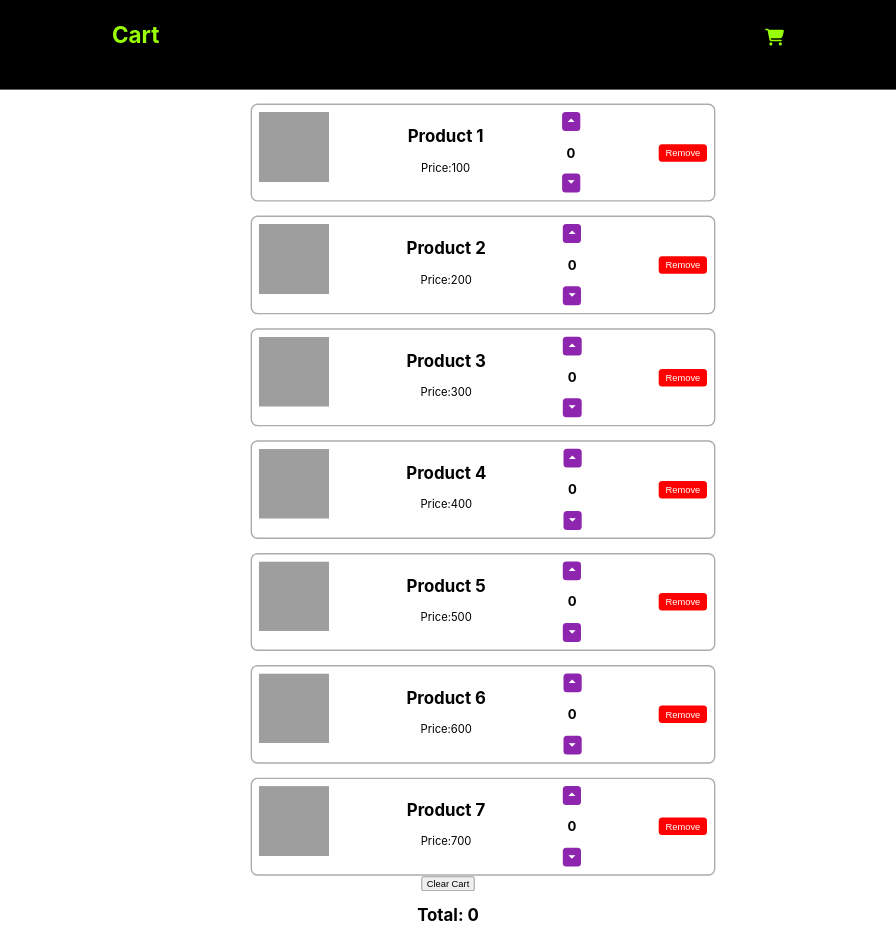
Repository: sriram1224/Cart-react-app
Page: /
The author's editor kept a copy of each file at every save. The page is drawn from the files as they stood at one save, then again after the next save.
The browser window is 1280 px wide. The pictures show the whole page, at 70% of full size.
Pictures or frames that could not be fetched are drawn as grey boxes. The project was rebuilt for these pictures with package versions that can differ from the ones it lists, and the page was loaded fresh each time.

Above is the page before, as saved 2024-03-12 22:28:36.

After the next save:
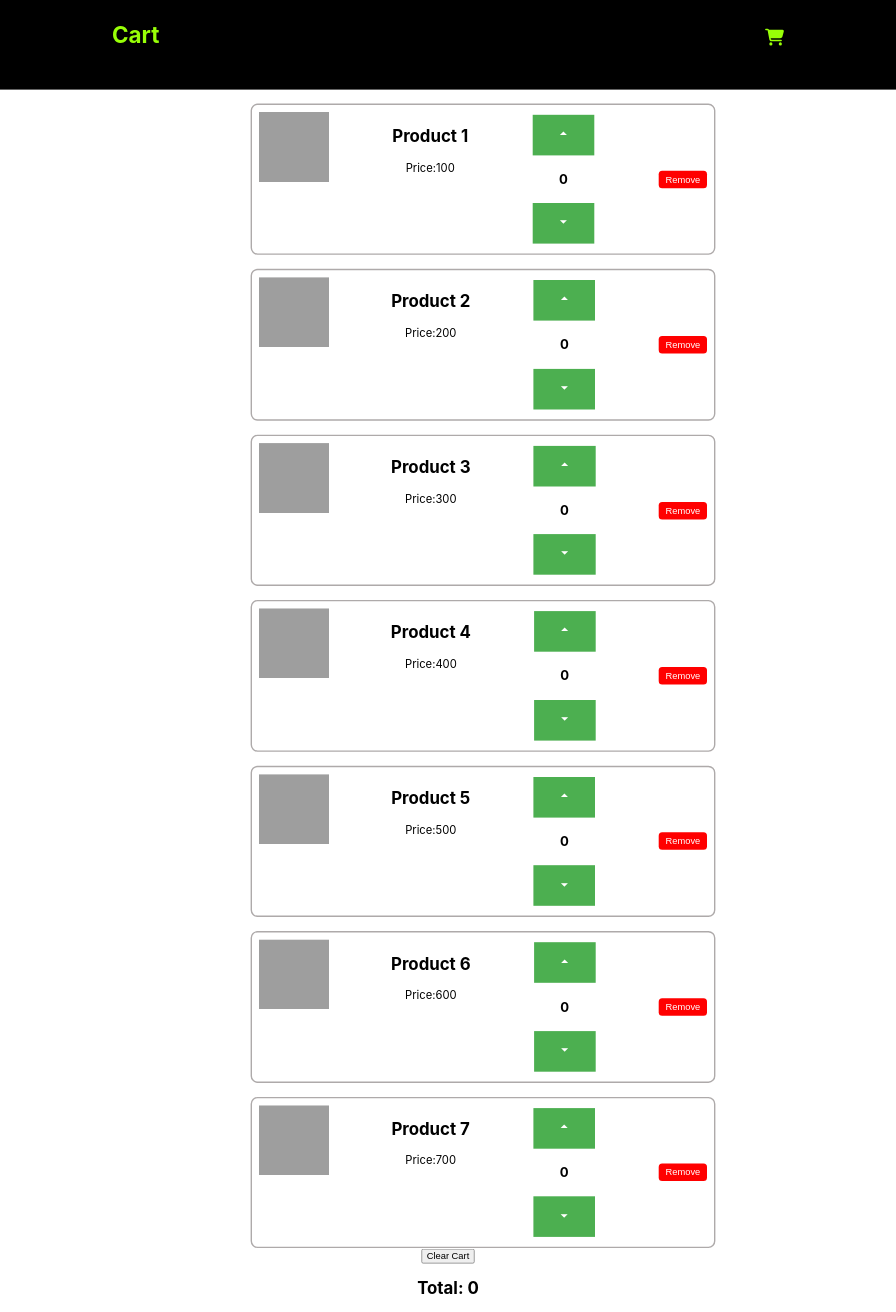
Saved 71 s later.
--- a/src/Components/cart.css
+++ b/src/Components/cart.css
@@ -34,13 +34,31 @@
 
 }
 
-.button-quantity button{
-   background-color: rgb(142, 37, 174);
+.button-quantity button {
+    background-color: #4CAF50;
+    /* Green background */
     border: none;
-    padding: 0px 1px;
-    border-radius: 5px;
+    /* Remove borders */
+    color: white;
+    /* White text */
+    padding: 15px 32px;
+    /* Some padding */
+    text-align: center;
+    /* Centered text */
+    text-decoration: none;
+    /* Remove underline */
+    display: inline-block;
+    font-size: 16px;
+    margin: 4px 2px;
+    cursor: pointer;
+    /* Mouse pointer on hover */
+    transition-duration: 0.4s;
+    /* Transition effects */
+}
 
-    cursor: pointer;
+.button-quantity button:hover {
+    background-color: #45a049;
+    /* Green background on hover */
 }
 
 .text{
